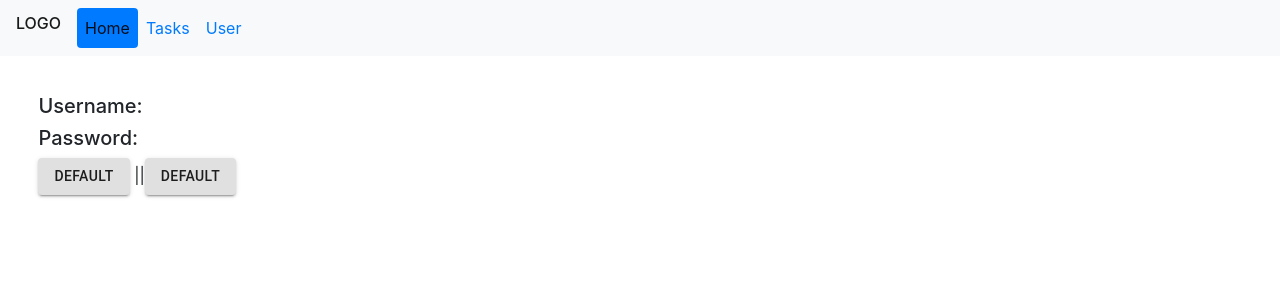
Repository: lalji-yadav/Nimapinfotech-demo-project
Page: /user
These files come from the project's save history. The page is drawn as it stood at one moment and after the next save; the edit follows.
The browser window is 1280 px wide. The pictures show the whole page.
The project was rebuilt for these pictures with package versions that can differ from the ones it lists, and the page was loaded fresh each time. Also part of the build but not shown: src/components/Home.js, src/components/Tasks.js, src/components/Login.js.

Above is the page before, as saved 2021-01-17 19:15:18.

### src/App.js
// import './App.css';
import Navbar from "./components/Navbars";
import Login from "./components/Login";


function App() {
  return (
    <div>

    {/* <Login /> */}
    <Navbar />
    </div>
  );
}

export default App;

### src/components/Navbars.js
import React from 'react';
import { Navbar,Nav,NavDropdown,Form,FormControl ,Button } from 'react-bootstrap';
import {
  BrowserRouter as Router,
  Switch,
  Route,
  Link
} from "react-router-dom";

import Home from "./Home";
import Tasks from "./Tasks";
import User from "./Users";
import Login from "./Login";


const Navbars=()=> {
        return (
            <div>

              <Router>
                  <Navbar bg="light" expand="lg">
                      <Navbar.Brand> <h6>LOGO</h6></Navbar.Brand>
                      <Navbar.Toggle aria-controls="basic-navbar-nav" />
                      <Navbar.Collapse id="basic-navbar-nav">
                      <Nav variant="pills" defaultActiveKey="/">
                        <Nav.Item>
                          <Nav.Link href="/">Home </Nav.Link>
                        </Nav.Item>
                        <Nav.Item>
                          <Nav.Link eventKey="link-1"> <Link to="/tasks"> Tasks </Link> </Nav.Link>
                        </Nav.Item>
                        <Nav.Item>
                          <Nav.Link eventKey="link-2">
                          <Link to="/user"> User </Link>
                          </Nav.Link>
                        </Nav.Item>
                      </Nav>
                      </Navbar.Collapse>
                    </Navbar>


                    <Switch>
                      <Route exact path="/" component={Home} />

                      <Route exact path="/user" component={User} />

                      <Route exact path="/tasks" component={Tasks} />

                      <Route exact path="/login" component={Login} />

                    </Switch>
             </Router>

            </div>
        );
    }

export default Navbars;

### src/components/Users.js
import React from 'react';
import { TableBody,Button } from "@material-ui/core";

const User=()=> {

        return (
            <div style={{padding:"3%"}}>
                <div className="row" c>
                    <div className="col-sm-5">
                        <h5>Username:</h5> <span> </span>
                        <h5>Password:</h5> <span> </span>
                    </div>
                </div>

                <div className="row">
                    <div className="col-sm-4">

                    <Button variant="contained">Default</Button> ||
                    <Button variant="contained">Default</Button>

                    </div>

                </div>
            </div>
        );
    }

export default User;

### src/App.css
.scroll-tab {
    height: 55vh;
    margin: 3% 3% 5% 3%;
    overflow-y: scroll;
    border: "1px solid red";
}
::-webkit-scrollbar{
    width: 12px;
    height: 12px;
}
::-webkit-scrollbar-track {
    box-shadow: inset 0 0 10px #4A4A4A;
    border-radius: 10px;
    }

    ::-webkit-scrollbar-thumb {
    border-radius: 10px;
    background: #4A4A4A;
}

Loaded but not shown: public/index.html (common file); src/index.js (common file); src/index.css (common file); src/reportWebVitals.js (common file)

After the next save:
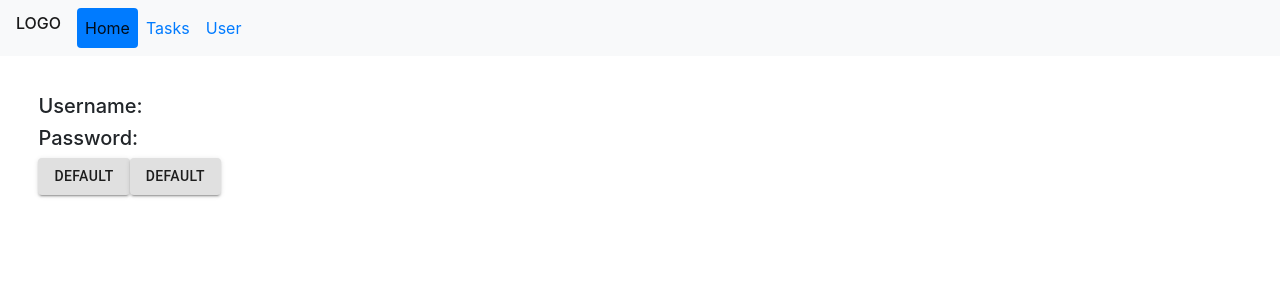
Saved 34 s later.
--- a/src/components/Users.js
+++ b/src/components/Users.js
@@ -15,7 +15,7 @@ const User=()=> {
                 <div className="row">
                     <div className="col-sm-4">
 
-                    <Button variant="contained">Default</Button> ||
+                    <Button variant="contained">Default</Button>
                     <Button variant="contained">Default</Button>
 
                     </div>
